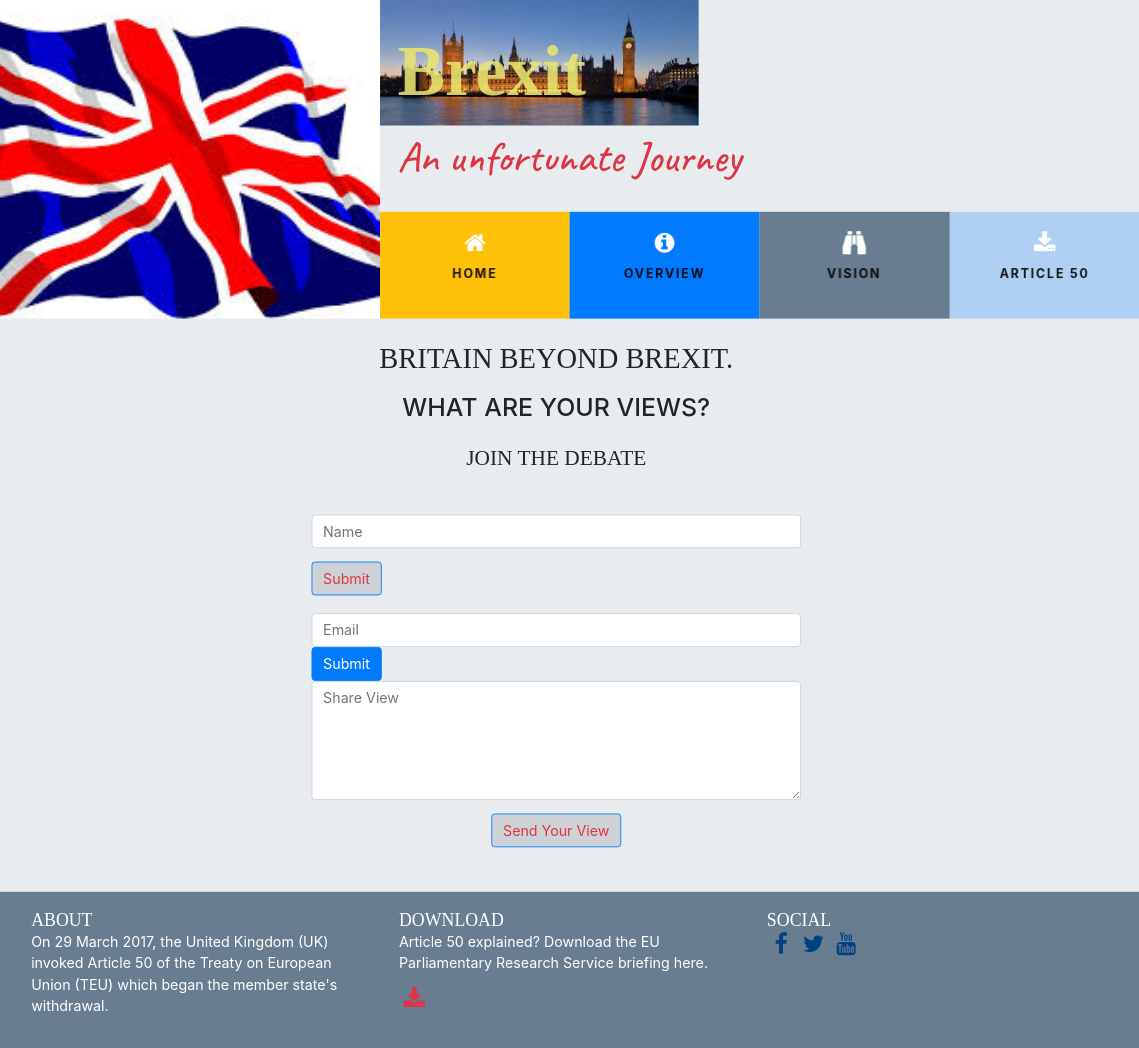
Repository: isiko1/Milestone_Project_One
Page: vision.html
The author's editor kept a record of every edit. The page is drawn from the files as they stood at one moment, then again after the next edit.
The browser window is 1280 px wide. The pictures show the whole page, at 89% of full size.
Some web fonts or font styles are not loaded; a fallback is used.

Above is the page before.

### vision.html
<!DOCTYPE html>
<html lang="en">

<head>
    <meta charset="UTF-8">
    <meta name="viewport" content="width=device-width, initial-scale=1.0">
    <meta http-equiv="X-UA-Compatible" content="ie=edge">
    <link rel="stylesheet" href="https://stackpath.bootstrapcdn.com/bootstrap/4.3.1/css/bootstrap.min.css" type="text/css" />
    <link rel="stylesheet" href="https://stackpath.bootstrapcdn.com/font-awesome/4.7.0/css/font-awesome.min.css" type="text/css" />
    <link rel="stylesheet" href="https://cdnjs.cloudflare.com/ajax/libs/hover.css/2.3.1/css/hover-min.css" type="text/css" />
    <link rel="stylesheet" href="info/css/style.css" type="text/css" />
    <title>Brexit - An unfortunate Journey</title>
</head>

<body>
    <header>
        <div class="row no-gutters">
            <a href="index.html" class="col-md-4 logo-uk">
            </a>
            <div class="col-md-8">
                <div class="row no-gutters">
                    <div class="col heading bg-pic">
                        <h1 class="title">Brexit</h1>
                        <h3 class="subtitle subtitle-vision">An unfortunate Journey</h3>
                    </div>
                </div>
                <div class="row no-gutters">
                    <div class="col">
                        <ul id="nav" class="list-inline menucontainer">
                            <li class="col-6 col-sm-3 menu-color-home list-inline-item menu-item">
                                <a href="index.html" class="hvr-sweep-to-right"><i class="fa fa-home" aria-hidden="true"></i><span>Home</span></a>
                            </li>
                            <li class="col-6 col-sm-3 menu-color-overview list-inline-item menu-item">
                                <a href="overview.html" class="hvr-sweep-to-right"><i class="fa fa-info-circle" aria-hidden="true"></i><span>Overview</span></a>
                            </li>
                            <li class="col-6 col-sm-3 menu-color-vision list-inline-item menu-item">
                                <a href="vision.html" class="hvr-sweep-to-right"><i class="fa fa-binoculars" aria-hidden="true"></i><span>Vision</span></a>
                            </li>
                            <li class="col-6 col-sm-3 menu-color-article list-inline-item menu-item">
                                <a href="info/art/art.pdf" target="_blank" class="hvr-sweep-to-right"><i class="fa fa-download" aria-hidden="true"></i><span>Article 50</span></a>
                            </li>
                        </ul>
                    </div>
                </div>
            </div>
            <div>
            </div>
            </div>

    </header>
    <section>
        <div class="row container-fluid bg-color-vision">
            <div class="col">
                <h2 class="vision-heading uppercase text-center">Britain beyond Brexit.</h2>
                <h3 class="uppercase text-center">What are your views?</h3>
                <h4 class="debate uppercase text-center">Join the debate</h4>

                <div class="center-form ">
                    <form>
                        <input type="text" name="name" id="fullname" class="form-control" placeholder="Name" required/>
                        <button class="btn btn-primary" button type="submit">Submit</button>
                        <input type="text" name="email" id="emailaddress" class="form-control" placeholder="Email" required/>
                        <Input button type="submit" class="btn btn-primary" value="Submit"/>
                        <textarea rows="5" name="shareview" id="shareview" class="form-control" placeholder="Share View" required></textarea>
                        <div class="form-row text-center">
                            <div class="col">
                                <button  class="btn btn-primary" type="submit">Send Your View</button>
                            </div>
                        </div>
                    </form>
                </div>
            </div>
        </div>

    </section>
    <footer class="container-fluid">
        <div id="footer-details" class="row">
            <div class="col-sm-4">
                <h5 class="uppercase general">About</h5>
                <p class="inline-block">On 29 March 2017, the United Kingdom (UK) invoked Article 50 of the Treaty on European Union (TEU) which began the member state's withdrawal.</p>
            </div>

            <div class="col-sm-4">
                <h5 class="uppercase general">Download</h5>
                <p class="inline-block">Article 50 explained? Download the EU Parliamentary Research Service briefing here.</p>
                <a href="info/art/art.pdf" target="_blank" class="art-pdf">
            <i class="fa fa-download" aria-hidden="true"></i>
            <span class="sr-only">Download link.</span>
            </a>
            </div>
            <div class="col-sm-4">
                <h5 class="uppercase general">Social</h5>
                <ul class="list-inline social-links">
                    <li class="list-inline-item">
                        <a target="_blank" href="#">
                        <i class="fa fa-facebook" aria-hidden="true"></i>
                        <span class="sr-only">Facebook</span>
                    </a>
                    </li>
                    <li class="list-inline-item">
                        <a target="_blank" href="#">
                        <i class="fa fa-twitter" aria-hidden="true"></i>
                        <span class="sr-only">Twitter</span>
                        </a>
                    </li>
                    <li class="list-inline-item">
                        <a target="_blank" href="#">
                        <i class="fa fa-youtube" aria-hidden="true"></i>
                        <span class="sr-only">YouTube</span>
                        </a>
                    </li>
                </ul>
            </div>
        </div>
    </footer>
</body>

</html>

### info/css/style.css
@import url('https://fonts.googleapis.com/css?family=Caveat:100,200,300,400,500,600,700|Tinos,100,200,300,400,500,600,700');

/*-----------------------paragraphs/text/Style---------------------------------------------*/

body {
    margin: 0;
    font-family: -apple-system, BlinkMacSystemFont, "Segoe UI", Roboto, "Helvetica Neue", Arial, "Noto Sans", sans-serif, "Apple Color Emoji", "Segoe UI Emoji", "Segoe UI Symbol", "Noto Color Emoji";
    font-size: 1rem;
    font-weight: 400;
    line-height: 1.5;
    color: #212529;
    text-align: left;
    background-color: #e9ecef;
}

h1,
h2,
h3,
h4,
h5 {
    margin: 0;
}

.title {
    font-weight: 200;
}

.uppercase {
    text-transform: uppercase;
}

.general {
    font-family: "Tinos", sans-serif;
    color: #fff;
}

.institutions-item {
    font-size: 26px;
    font-weight: 300;
}

/*................--------------------backgoundcolor/Style-------------------*/

.bg-pic {
    background-image: url("../images/pm.jpg");
    background-repeat: no-repeat;
    max-width: 100%;
    height: auto;
}


.bg-over {
    background-image: url("../images/eu.jpg");
    background-repeat: no-repeat;
    object-fit: cover;
}

.bg-color-institutions,
.bg-color-members {
    background-color: #f8f9fa;
    width: 100%;
}

.bg-color-history {
    background-color: #f8f9fa;
}

.bg-color-name-title {
    background-image: url("../images/europe.jpg");
    object-fit: cover;
    background-repeat: no-repeat;
}

.menu-color-home {
    background-color: #ffc107;
}

.menu-color-overview {
    background-color: #007bff;
}

.menu-color-vision {
    background-color: #687d90;
}

.menu-color-article {
    background-color: rgba(0, 123, 255, .25);
}


/*-----------------------------------------------Header-----------------*/

header {
    margin: 0;
}

.logo {
    background-image: url("../images/eu.jpg");
    background-position: center;
    background-repeat: no-repeat;
    background-size: cover;
    min-height: 120px;
    transition: all .5s ease-in-out;
    -moz-transition: all .5s ease-in-out;
    -o-transition: all .5s ease-in-out;
    -webkit-transition: all .5s ease-in-out;
}

.logo-uk {
    background-image: url("../images/uk.jpg");
    background-position: center;
    background-repeat: no-repeat;
    background-size: cover;
    min-height: 120px;
    transition: all .5s ease-in-out;
    -moz-transition: all .5s ease-in-out;
    -o-transition: all .5s ease-in-out;
    -webkit-transition: all .5s ease-in-out;

}

.logo-euk {
    background-image: url("../images/flag.jpg");
    background-position: center;
    background-repeat: no-repeat;
    background-size: cover;
    min-height: 120px;
    transition: all .5s ease-in-out;
    -moz-transition: all .5s ease-in-out;
    -o-transition: all .5s ease-in-out;
    -webkit-transition: all .5s ease-in-out;

}

.title {
    font-family: Tinos, sans-serif;
    font-weight: 600;
    font-size: 5rem;
    margin-top: 2rem;
    color: #e8e570e0;
    padding-left: 20px;
}


.subtitle {
    font-family: Caveat, sans-serif;
    font-weight: 500;
    font-size: 3rem;
    margin-bottom: 2rem;
    color: #dc3545;
    padding-left: 20px;
}

.subtitle-vision {
    padding-top: 20px;

}

.list-inline-item:not(:last-child) {
    margin: 0;
}

/*-------------------------------Menu Items----------------------------*/

.menucontainer {
    font-size: 0;
}

#nav {
    margin: 0;
}

#nav li {
    font-size: 14px;
}

.menu-item {
    height: 120px;
    text-align: center;
    padding: 0;
}

.menu-item a {
    width: 100%;
    text-decoration: none;
    color: #fff;
    height: 120px;
}

.menu-item a i {
    padding-top: 22px;
    display: block;
    font-size: 26px;
}

.menu-item span {
    display: block;
    width: 100%;
    text-align: center;
    padding-top: 10px;
    text-transform: uppercase;
    letter-spacing: 2px;
    color: rgba(0, 0, 0, .9);
    font-weight: bold
}

.section-heading {
    margin-top: 20px;
    margin-bottom: 20px;
    font-family: "Caveat", sans-serif;
    font-weight: 300;
    color: #43494e;
}

.members-heading {
    font-family: "Tinos", sans-serif;
    font-size: 22px;
    margin-bottom: 15px;

}

.paragraph-contents {
    font-size: 18px;
    background-color: #f8f9fa;

}

/*------------------------------------hover/footer-----------------------------------*/

.hvr-sweep-to-right:before {
    background-color: #9fecb1;
    transition-timing-function: ease-in;
    transition-delay: 0.1s;
}

/*------------------------------------footer--------------------------------------*/

footer {
    background-color: #687d90;
    min-height: 120px;
    color: #fff;
    margin: 0;
}

.art-pdf i {
    font-size: 26px;
    color: #dc3545;
    text-align: center;
    padding-left: 5px;
    -moz-transition: all 0.35s ease-in-out;
    -webkit-transition: all 0.35s ease-in-out;
    -o-transition: all 0.35s ease-in-out;
}

.art-pdf i:hover {
    color: rgba(0, 123, 255, .25);
}

.social-links {
    padding-bottom: 15px;
}

.social-links li a i {
    width: 32px;
    height: 32px;
    padding: 12px 0;
    border-radius: 50%;
    font-size: 26px;
    line-height: 7px;
    text-align: center;
    color: #004085;
    background-color: #687d90;
    -moz-transition: all 0.35s ease-in-out;
    -webkit-transition: all 0.35s ease-in-out;
    -o-transition: all 0.35s ease-in-out;

}

.social-links li a i:hover {
    background: #dc3545;
}

#footer-details {
    padding: 20px;

}

/*--------------------Bootstrap icons----------------------------------*/

.member-icon {
    font-size: 26px;
    color: #ffc107;
}

.members-icon {
    font-size: 26px;
    color: #007bff;
}

/*--------------------overview page-------------------------------------*/

.result {
    font-size: 30px;
    font-weight: 200;
    color: #343a40;
}


.progress {
    position: relative;
    height: 30px;
    margin-bottom: 20px;

}

.progress-type {
    position: absolute;
    left: 0px;
    font-size: 14px;
    font-weight: 400;
    padding: 3px 30px 2px 10px;
    color: #fff;
    background-color: #17a2b829;
}

.progress-section {
    margin: 40px 20px;
}

.timeline-item {
    padding: 2em 2em 0em 2em;
    position: relative;
    color: #343a40;
    border-left: 1px solid;
}

.timeline-item p {
    padding: 0;
    margin: 0;
}

.timeline-item:before {
    content: attr(data-dates);
    position: absolute;
    left: 2.5em;
    top: 1em;
    display: block;
    font-family: "Tinos", sans-serif;
    font-weight: 500;
    font-size: 0.8em;
    padding: 0;
    margin: 0;
}

.timeline-item:after {
    width: 12px;
    height: 12px;
    display: block;
    top: 1em;
    position: absolute;
    left: -6px;
    border-radius: 12px;
    content: " ";
    background-color: #fff;
}

/*--------------------vision page-------------------------------------*/

.debate,
.vision-heading {
    font-family: "Tinos", sans-serif;
    font-weight: 300;
    margin-top: 25px;
    margin-bottom: 20px;
}

.center-form {
    padding: 10px;
    margin: 0 auto;
    max-width: 70%;
}

/*--------------------code format from Rosie mini project-----*/

button[type="submit"] {
    margin-top: 15px;
    margin-bottom: 20px;
    color: #dc3545;
    background-color: #6c737d36;
}

@media(min-width: 992px) {
    .center-form {
        padding: 30px;
        min-height: 240px;
        margin: 0 auto;
        max-width: 50%;
    }
}

After the next edit:
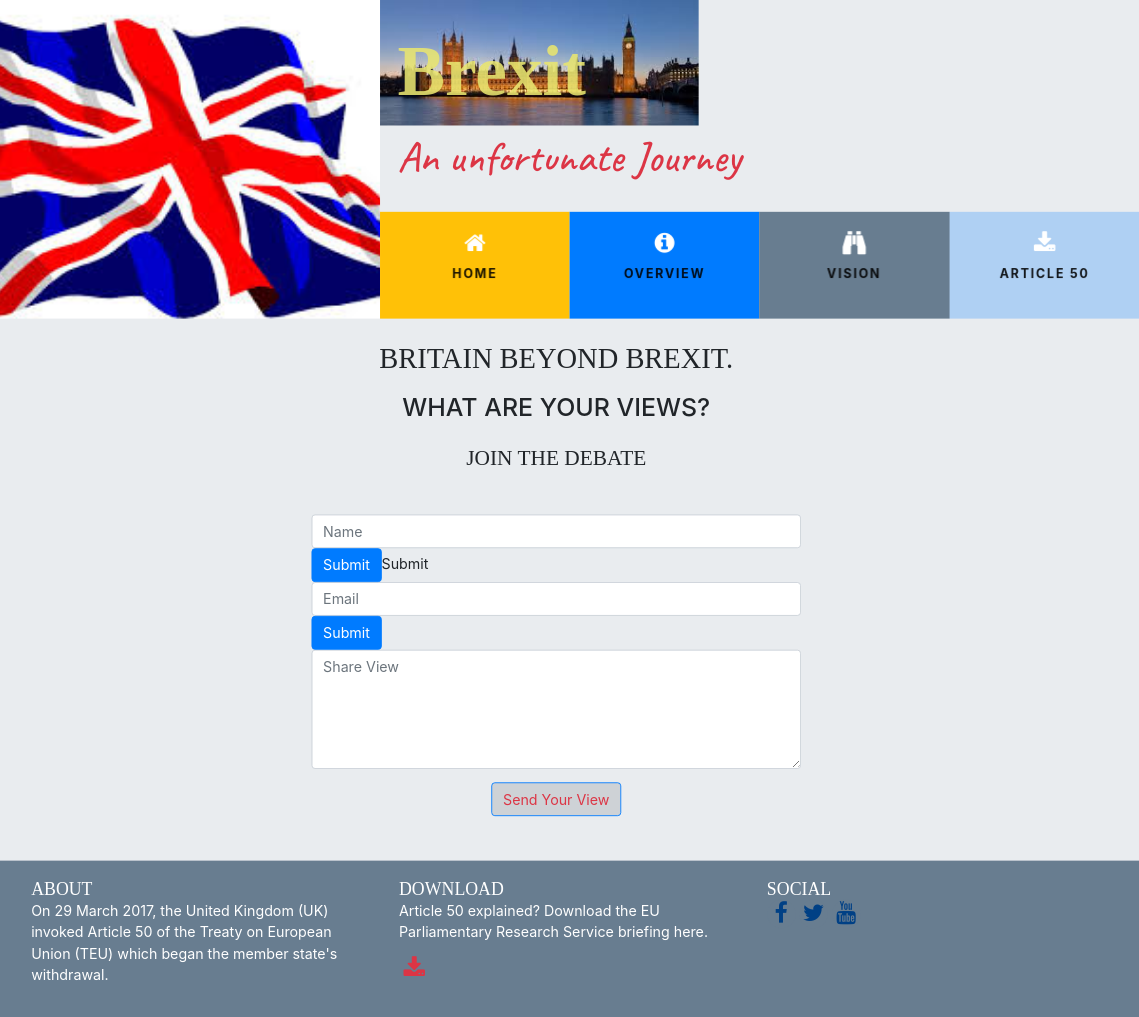
The edit:
--- a/vision.html
+++ b/vision.html
@@ -58,7 +58,7 @@
                 <div class="center-form ">
                     <form>
                         <input type="text" name="name" id="fullname" class="form-control" placeholder="Name" required/>
-                        <button class="btn btn-primary" button type="submit">Submit</button>
+                        <input button type="submit" class="btn btn-primary" >Submit</button>
                         <input type="text" name="email" id="emailaddress" class="form-control" placeholder="Email" required/>
                         <Input button type="submit" class="btn btn-primary" value="Submit"/>
                         <textarea rows="5" name="shareview" id="shareview" class="form-control" placeholder="Share View" required></textarea>
